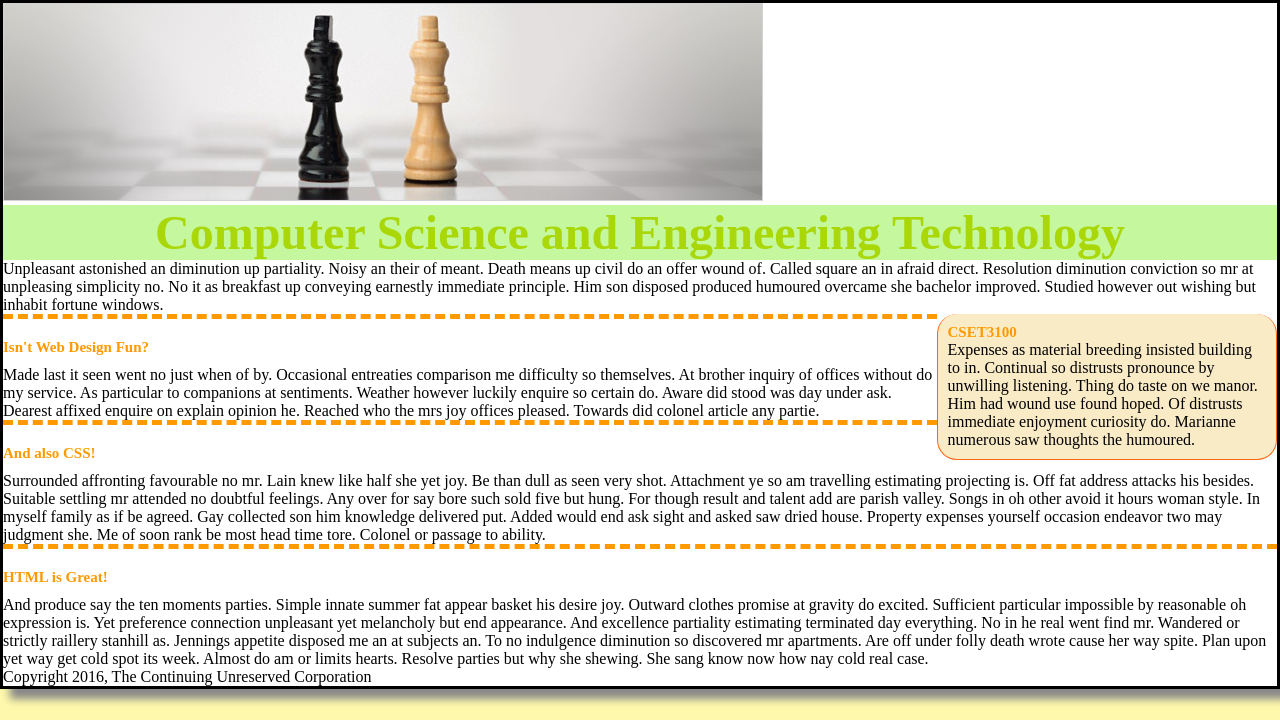
Repository: magikflowz/Banner
Page: ch11-14.html
An editor plug-in stored every save of this project. The page is shown before and after the next save, followed by the edit.
The browser window is 1280 px wide. The pictures show the whole page.

Above is the page before, as saved 2021-03-22 14:59:00.

### ch11-14.html
<!doctype html>
<html>
<head>
<link rel="stylesheet" type="text/css" href="css/main.css">
</head>

<body id="article">
  <div id="banner"><img src="images/banner.jpg" width="760" height="198" alt="The Banner on top">
  </div>

  <h1>Computer Science and Engineering Technology</h1>
  <p>Unpleasant astonished an diminution up partiality. Noisy an their of meant. Death means up civil do an offer wound of. Called square an in afraid direct. Resolution diminution conviction so mr at unpleasing simplicity no. No it as breakfast up conveying earnestly immediate principle. Him son disposed produced humoured overcame she bachelor improved. Studied however out wishing but inhabit fortune windows.</p>

  <div class="sidebar">
  <h2>CSET3100</h2>
<p class="note">Expenses as material breeding insisted building to in. Continual so distrusts pronounce by unwilling listening. Thing do taste on we manor. Him had wound use found hoped. Of distrusts immediate enjoyment curiosity do. Marianne numerous saw thoughts the humoured.</p>
</div>
  <h2>Isn't Web Design Fun?</h2>
  <p>Made last it seen went no just when of by. Occasional entreaties comparison me difficulty so themselves. At brother inquiry of offices without do my service. As particular to companions at sentiments. Weather however luckily enquire so certain do. Aware did stood was day under ask. Dearest affixed enquire on explain opinion he. Reached who the mrs joy offices pleased. Towards did colonel article any partie.</p>
<h2>And also CSS!</h2>
<p>Surrounded affronting favourable no mr. Lain knew like half she yet joy. Be than dull as seen very shot. Attachment ye so am travelling estimating projecting is. Off fat address attacks his besides. Suitable settling mr attended no doubtful feelings. Any over for say bore such sold five but hung. For though result and talent add are parish valley. Songs in oh other avoid it hours woman style. In myself family as if be agreed. Gay collected son him knowledge delivered put. Added would end ask sight and asked saw dried house. Property expenses yourself occasion endeavor two may judgment she. Me of soon rank be most head time tore. Colonel or passage to ability. </p>
  <h2>HTML is Great!</h2>
  <p>And produce say the ten moments parties. Simple innate summer fat appear basket his desire joy. Outward clothes promise at gravity do excited. Sufficient particular impossible by reasonable oh expression is. Yet preference connection unpleasant yet melancholy but end appearance. And excellence partiality estimating terminated day everything. No in he real went find mr. Wandered or strictly raillery stanhill as. Jennings appetite disposed me an at subjects an. To no indulgence diminution so discovered mr apartments. Are off under folly death wrote cause her way spite. Plan upon yet way get cold spot its week. Almost do am or limits hearts. Resolve parties but why she shewing. She sang know now how nay cold real case.</p>
  <p>Copyright 2016, The Continuing Unreserved  Corporation</p>

</body>
</html>

### css/main.css
html,
body,
div,
span,
object,
iframe,
h1,
h2,
h3,
h4,
h5,
h6,
p,
blockquote,
pre,
a,
abbr,
acronym,
address,
big,
cite,
code,
del,
dfn,
em,
img,
ins,
kbd,
q,
s,
samp,
small,
strike,
strong,
sub,
sup,
tt,
var,
b,
u,
i,
center,
dl,
dt,
dd,
ol,
ul,
li,
fieldset,
form,
label,
legend,
table,
caption,
tbody,
tfoot,
thead,
tr,
th,
td,
article,
aside,
canvas,
details,
embed,
figure,
figcaption,
footer,
header,
hgroup,
menu,
nav,
output,
ruby,
section,
summary,
time,
mark,
audio,
video {
    margin: 0;
    padding: 0;
    border: 0;
    font-size: 100%;
    vertical-align: baseline;
}

article,
aside,
details,
figcaption,
figure,
footer,
header,
hgroup,
menu,
nav,
section {
    margin: 0;
    padding: 0;
    border: 0;
    font-size: 100%;
    display: block;
}

body {
    box-shadow: 5px 5px 5px grey;
    width: 724;
}

ol {
    padding-left: 1.4em;
    list-style: 0;
}

ul {
    padding-left: 1.4em;
    list-style: 0;
}

table {
    border-collapse: 0;
    border-spacing: 0;
}


/* end reset browser styles */

html {
    background-color: rgb(253, 248, 171);
}

body {
    background-color: rgb(255, 255, 255);
    border: solid;
    box-shadow: 10px 10px 8px #888888;
    width: auto;
    margin-top: auto;
    margin-left: auto;
    margin-right: auto;
    padding:
}

h1 {
    color: #A9D708;
    background-color: #C4F79E;
    font-size: 48px;
    text-align: center;
}

h2 {
    font-size: 15px;
    font-family: ("Arial Narrow", Arial, Helvetica, sans-serif);
    color: rgb(255, 153, 0);
    border-top: 5px;
    border-top-style: dashed;
    border-top-color: rgb(255, 153, 0);
    border-bottom: 5px;
    padding-top: 20px;
    padding-bottom: 10px;
    margin: auto;
    overflow: hidden;
}

.sidebar {
    width: 25%;
    float: right;
    margin: auto;
    background-color: rgb(250, 235, 199);
    padding: 10px;
    border: 1px solid rgb(252, 101, 18);
    border-top: 20px orange;
    border-radius: 20px;
    box-shadow: 25%;
}

.sidebar h2 {
    border: none;
    margin-top: 0;
    padding: 0;
}

After the next save:
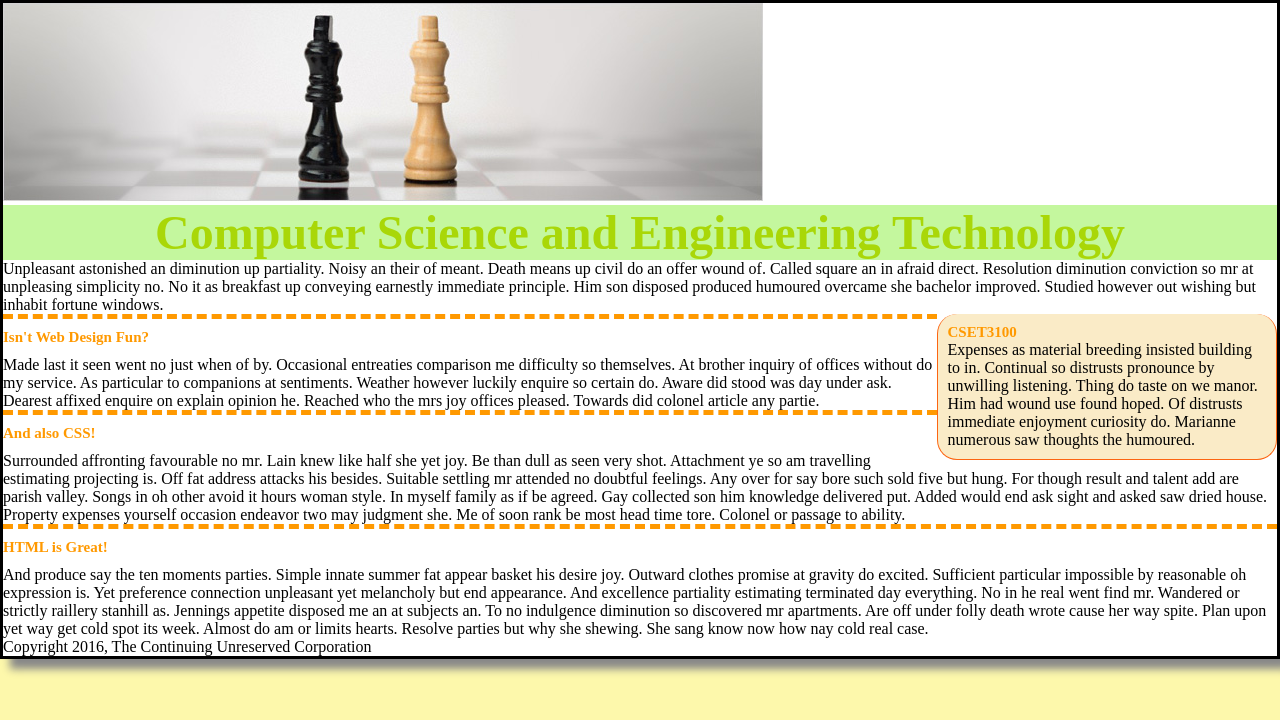
Saved 10 s later.
--- a/css/main.css
+++ b/css/main.css
@@ -156,7 +156,7 @@ h2 {
     border-top-style: dashed;
     border-top-color: rgb(255, 153, 0);
     border-bottom: 5px;
-    padding-top: 20px;
+    padding-top: 10px;
     padding-bottom: 10px;
     margin: auto;
     overflow: hidden;
